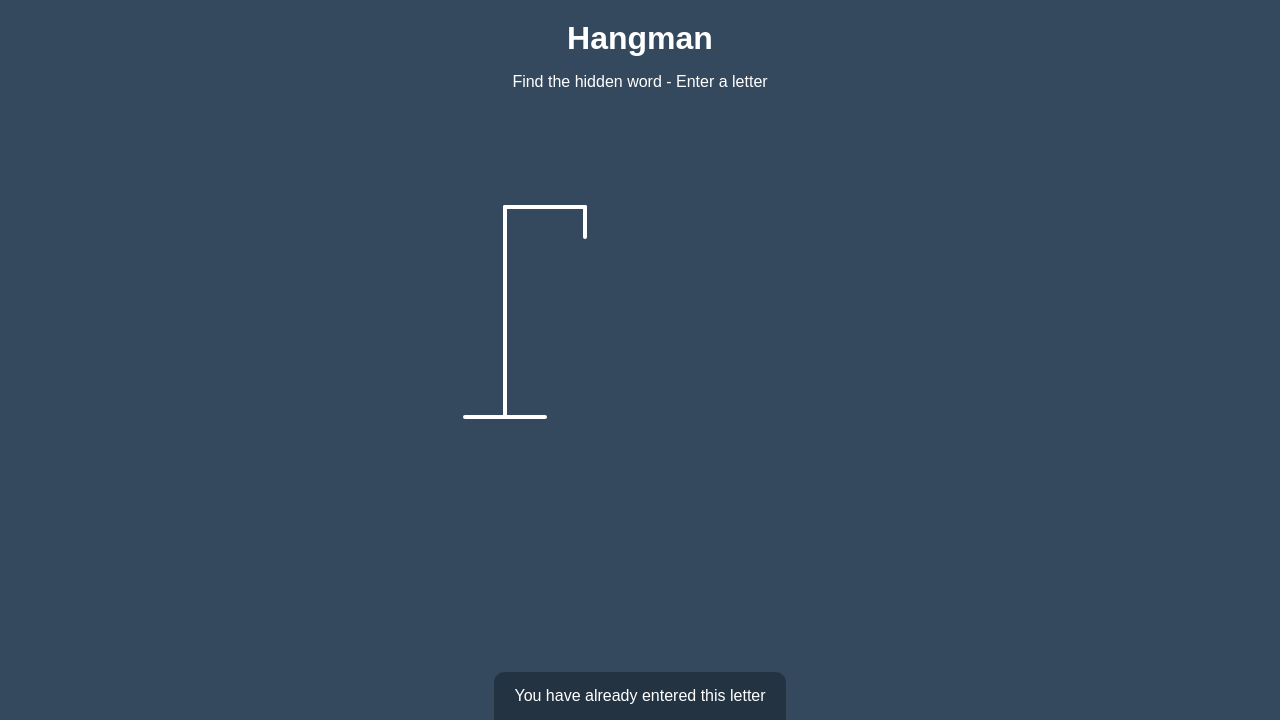
Repository: Youvelop/hangman
Page: index.html
These files come from the project's save history. The page is drawn as it stood at one moment and after the next save; the edit follows.
The browser window is 1280 px wide. The pictures show the whole page.

Above is the page before, as saved 2020-07-08 06:02:45.

### index.html
<!DOCTYPE html>
<html lang="en">
  <head>
    <meta charset="UTF-8" />
    <meta name="viewport" content="width=device-width, initial-scale=1.0" />
    <link rel="stylesheet" href="style.css" />
    <title>Hangman</title>
  </head>
  <body>
    <h1>Hangman</h1>
    <p>Find the hidden word - Enter a letter</p>
    <div class="game-container">
      <svg height="250" width="200" class="figure-container">
        <line x1="60" y1="20" x2="140" y2="20" />
        <line x1="140" y1="20" x2="140" y2="50" />
        <line x1="60" y1="20" x2="60" y2="230" />
        <line x1="20" y1="230" x2="100" y2="230" />

        <!-- Head -->
        <circle cx="140" cy="70" r="20" class="figure-part" />
        <!-- Body -->
        <line x1="140" y1="90" x2="140" y2="150" class="figure-part" />
        <!-- Arms -->
        <line x1="140" y1="120" x2="120" y2="100" class="figure-part" />
        <line x1="140" y1="120" x2="160" y2="100" class="figure-part" />
        <!-- Legs -->
        <line x1="140" y1="150" x2="120" y2="180" class="figure-part" />
        <line x1="140" y1="150" x2="160" y2="180" class="figure-part" />
      </svg>

      <div class="wrong-letters-container">
        <div id="wrong-letters"></div>
      </div>

      <div class="word" id="word"></div>
    </div>

    <!-- Container for final message -->
    <div class="popup-container" id="popup-container">
      <div class="popup">
        <h2 id="final-message"></h2>
        <button id="play-button">Play Again</button>
      </div>
    </div>

    <!-- Notification -->
    <div class="notification-container show" id="notification-container">
      <p>You have already entered this letter</p>
    </div>
    <script src="script.js"></script>
  </body>
</html>

### style.css
* {
  box-sizing: border-box;
}

body {
  background-color: #34495e;
  color: #fff;
  font-family: Arial, Helvetica, sans-serif;
  display: flex;
  flex-direction: column;
  align-items: center;
  height: 80vh;
  margin: 0;
  overflow: hidden;
}
h1 {
  margin: 20px 0 0;
}
.game-container {
  padding: 20px 30px;
  position: relative;
  margin: auto;
  height: 350px;
  width: 450px;
}

.figure-container {
  fill: transparant;
  stroke: #fff;
  stroke-width: 4px;
  stroke-linecap: round;
}

.figure-part {
  display: none;
}

.wrong-letters-container {
  position: absolute;
  top: 20px;
  right: 20px;
  display: flex;
  flex-direction: column;
  text-align: right;
}

.wrong-letters-container p {
  margin: 0 0 5px;
}

.wrong-letters-container span {
  font-size: 24px;
}

.word {
  display: flex;
  position: absolute;
  bottom: 10px;
  left: 50%;
  transform: translateX(-50%);
}

.letter {
  border-bottom: 3px solid #2980b9;
  display: inline-flex;
  font-size: 30px;
  align-items: center;
  justify-content: center;
  margin: 0 3px;
  height: 50px;
  width: 20px;
}

.popup-container {
  background-color: rgba(0, 0, 0, 0.3);
  position: fixed;
  top: 0;
  bottom: 0;
  left: 0;
  right: 0;
  /* display: flex; */
  display: none;
  align-items: center;
  justify-content: center;
}

.popup {
  background: #2980b9;
  border-radius: 5px;
  box-shadow: 0 15px 10px 3px rgba(0, 0, 0, 0.1);
  padding: 20px;
  text-align: center;
}
.popup button {
  cursor: pointer;
  background: #fff;
  color: #2980b9;
  border: 0;
  margin-top: 20px;
  padding: 12px 20px;
  font-size: 16px;
}

.popup button:active {
  transform: scale(0.98);
}

.popup button:focus {
  outline: 0;
}
.notification-container {
  background-color: rgba(0, 0, 0, 0.3);
  border-radius: 10px 10px 0 0;
  padding: 15px 20px;
  position: absolute;
  bottom: -50px;
  transition: transform 0.3s ease-in-out;
}

.notification-container p {
  margin: 0;
}

.notification-container.show {
  transform: translateY(-50px);
}

Loaded but not shown: script.js (no stored copy; drawn as an empty file)

After the next save:
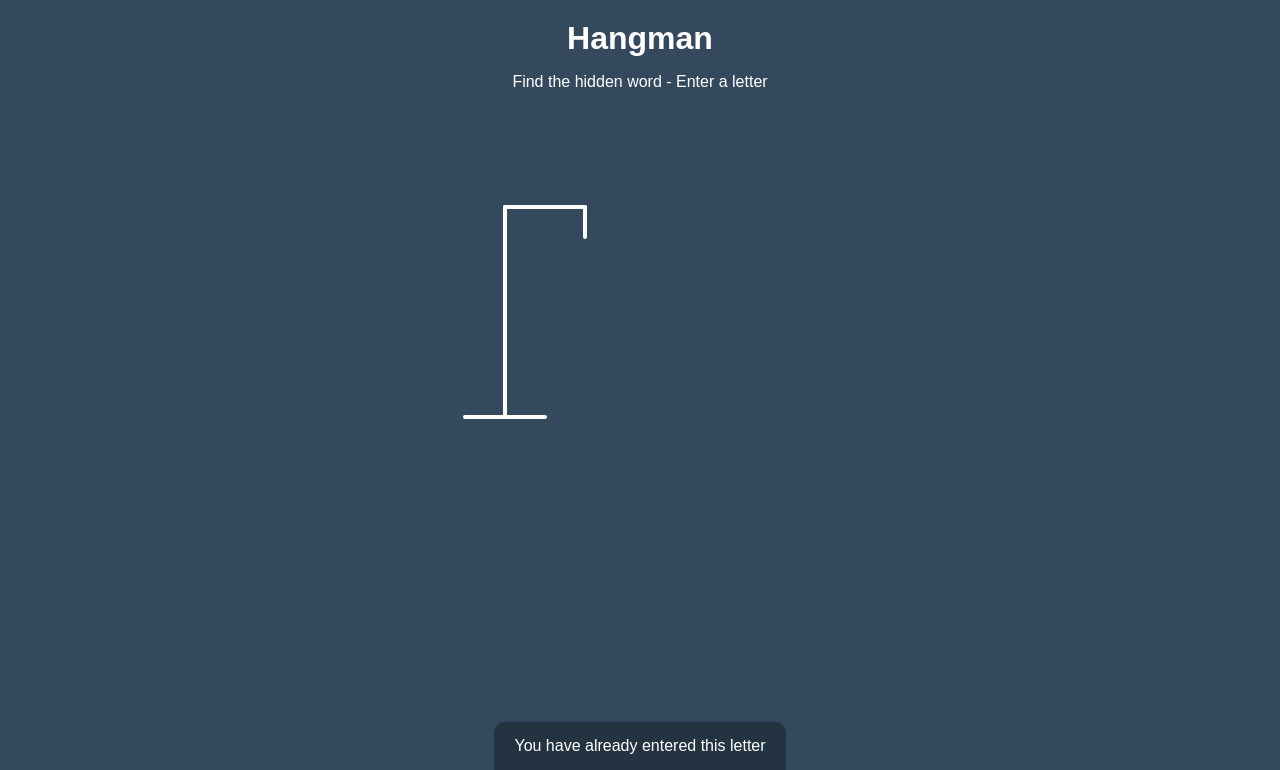
Saved 2 s later.
--- a/index.html
+++ b/index.html
@@ -44,7 +44,7 @@
     </div>
 
     <!-- Notification -->
-    <div class="notification-container show" id="notification-container">
+    <div class="notification-container" id="notification-container">
       <p>You have already entered this letter</p>
     </div>
     <script src="script.js"></script>
